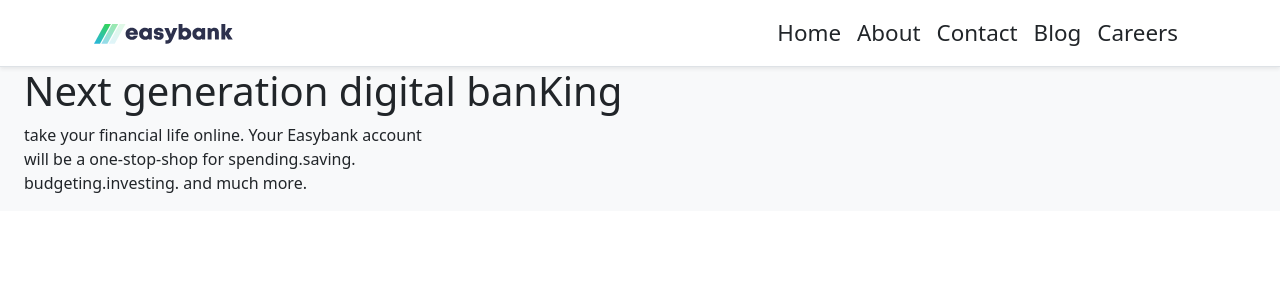
Repository: devbastos/easy-Bank
Page: / (app in frontend/)
These files come from the project's save history. The page is drawn as it stood at one moment and after the next save; the edit follows.
The browser window is 1280 px wide. The pictures show the whole page.
Some web libraries are served in a nearby version. The project was rebuilt for these pictures with package versions that can differ from the ones it lists, and the page was loaded fresh each time.

Above is the page before, as saved 2022-02-03 18:37:10.

After the next save:
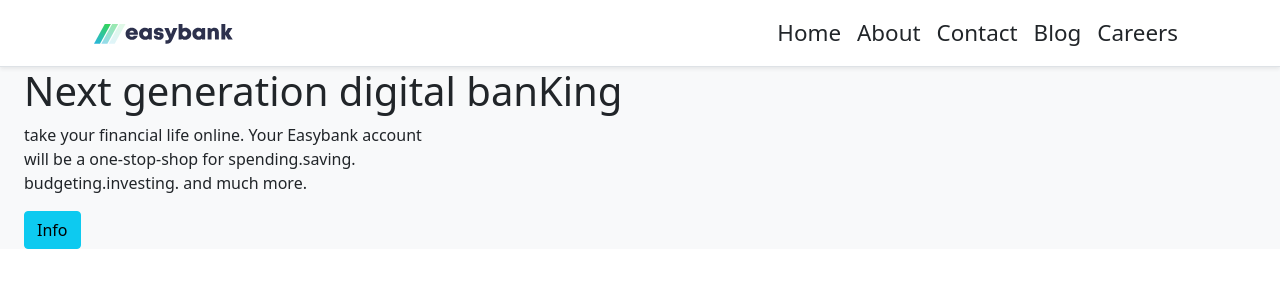
Saved 82 s later.
--- a/frontend/src/app/template/header/header.component.html
+++ b/frontend/src/app/template/header/header.component.html
@@ -8,6 +8,8 @@
                 budgeting.investing. and much more.
             </p>
 
+            <button type="button" class="btn btn-info">Info</button>
+
 
         </div>
     </div>
